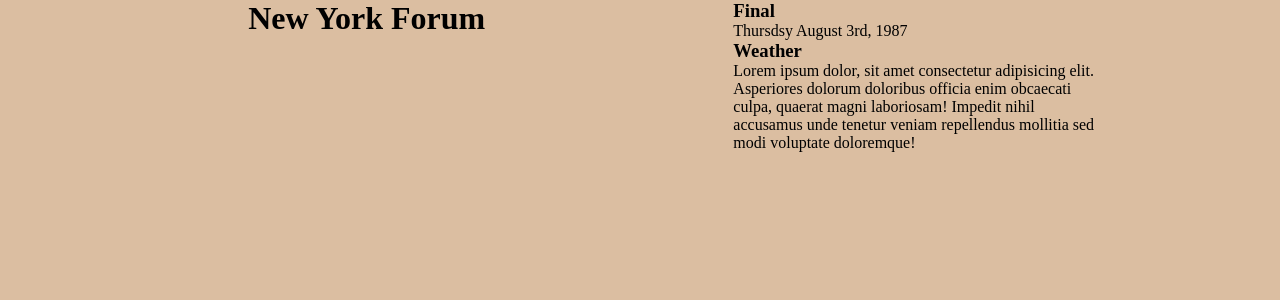
Repository: Arkitecth/newspaper-grid
Page: index.html
These files come from the project's save history. The page is drawn as it stood at one moment and after the next save; the edit follows.
The browser window is 1280 px wide. The pictures show the whole page.

Above is the page before, as saved 2023-05-29 16:53:07.

After the next save:
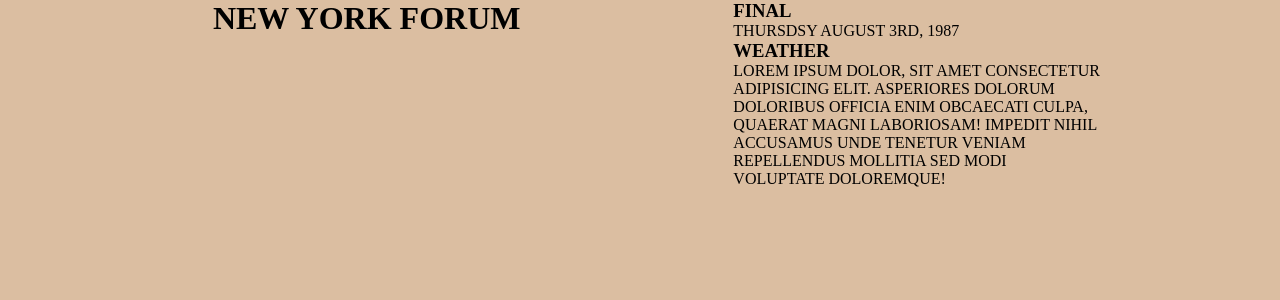
Saved 14 s later.
--- a/styles.css
+++ b/styles.css
@@ -10,6 +10,7 @@
 #header {
     display: grid;
     grid-template-columns: 2fr 1fr;
+    text-transform: uppercase;
 }
 
 #header h1 {

After the save that followed:
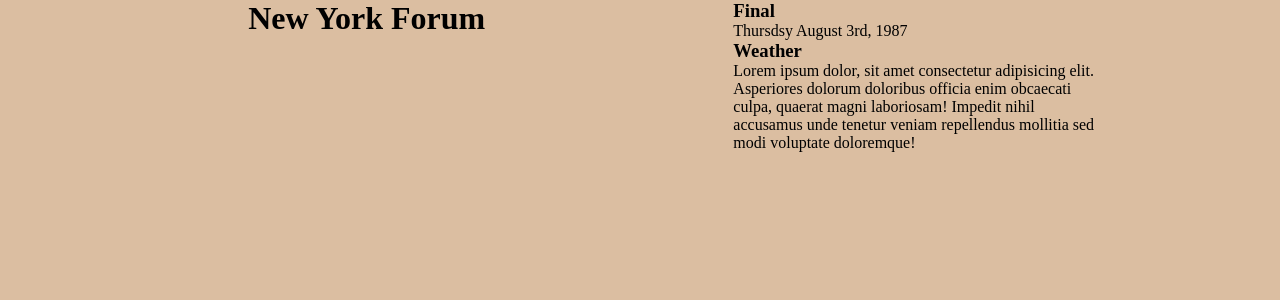
Saved 19 s later.
--- a/styles.css
+++ b/styles.css
@@ -10,7 +10,6 @@
 #header {
     display: grid;
     grid-template-columns: 2fr 1fr;
-    text-transform: uppercase;
 }
 
 #header h1 {
